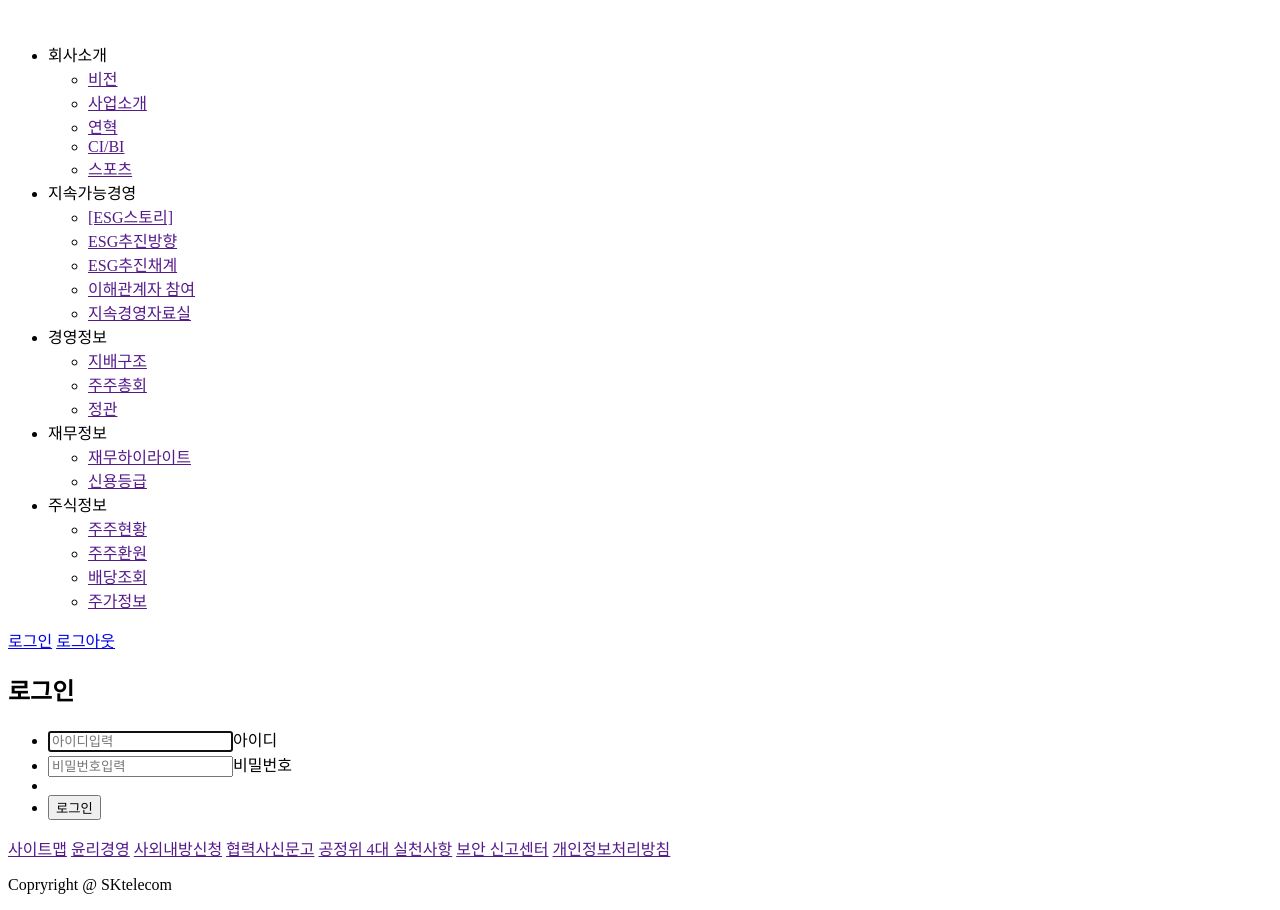
Repository: star-min/jsp_basic
Page: http://localhost/web01/login.jsp
The author's editor kept a copy of each file at every save. The page is drawn from the files as they stood at one save, then again after the next save.
The browser window is 1280 px wide. The pictures show the whole page.
The page is served by Tomcat 9.

Above is the page before, as saved 2022-04-21 06:02:22.

### jsp1/web01/src/main/webapp/login.jsp
<%@ page language="java" contentType="text/html; charset=UTF-8"
    pageEncoding="UTF-8"%>
    <%-- 	<%@ = 페이지 디랙티브 	--%>
<!DOCTYPE html>
<html>
<head>
<meta charset="UTF-8">
<title>로그인</title>
</head>
<body>
<div class="wrap"></div>
<header id="hd">
	<div class="hd_wrap">
		<%@ include file="nav.jsp" %>
	</div>
</header>
<div class="content">
	<h2>로그인</h2>
	<form action="loginPro.jsp" id="frm1" name="login">
		<ul>
			<li><input type="text" id="uid" name="uid" class="indata" autofocus placeholder="아이디입력" required >아이디</li>
			<li><input type="password" id="upw" name="upw" class="indata" placeholder="비밀번호입력" required >비밀번호</li>
			<li class="btn_frame">
				<li><input type="submit" value="로그인" id="submit" class="btn"></li>
			</li>
		</ul>
	</form>
</div>
<footer id="ft">
	<%@ include file="ft.jsp" %>
</footer>
</body>
</html>

### jsp1/web01/src/main/webapp/nav.jsp
<%@ page language="java" contentType="text/html; charset=UTF-8"
    pageEncoding="UTF-8"%>
<%		// <% = 스크립트릿(scriptlet)
	String[] dp1 = {"회사소개","지속가능경영","경영정보","재무정보","주식정보"};
	String[][] dp2 = {{"비전","사업소개","연혁","CI/BI","스포츠"},
			{"[ESG스토리]","ESG추진방향","ESG추진채계","이해관계자 참여","지속경영자료실"},
			{"지배구조", "주주총회","정관"},
			{"재무하이라이트","신용등급"},
			{"주주현황","주주환원","배당조회","주가정보"}
	};

%>
<%--    	 <%= 표현식(expression)%>		 --%>
<a class="Logo" herf="index.jsp"><img alt="" src=""></a>
<nav id="gnb">
	<ul>
	<% for(int i=0;i<dp1.length;i++){ %>
		<li>
			<span class="dp1"><%=dp1[i]%></span>
			<ul class="sub">
			<% for(int j=0;j<dp2[i].length;j++){ %>
				<li><a class="dp2" href=""><%= dp2[i][j] %></a></li>
			<%} %>
			</ul>
		</li>
	<% } %>
	</ul>
</nav>
<p id="tnb">
	<a href="login.jsp">로그인</a>
	<a href="logout.jsp">로그아웃</a>
</p>

### jsp1/web01/src/main/webapp/ft.jsp
<%@ page language="java" contentType="text/html; charset=UTF-8"
    pageEncoding="UTF-8"%>

    <%
    	String[] fnb = {"사이트맵","윤리경영","사외내방신청","협력사신문고","공정위 4대 실천사항","보안 신고센터","개인정보처리방침"};
    	String[] sub = {"페이스북","유튜브","네이버 포스트"};
    	String[] iclass = {"xi-facebook","xi-youtube-play","xi=naver"};
    %>
    <div class="ft_wrap">
    	<nav class="fnb">
    		<% for(int i=0;i<fnb.length;i++){ %>
    			<a href=""><%= fnb[i] %></a>
    		<% } %>

    		<p class="copyright"> Copryright @ SKtelecom </p>
    	</nav>
    </div>

After the next save:
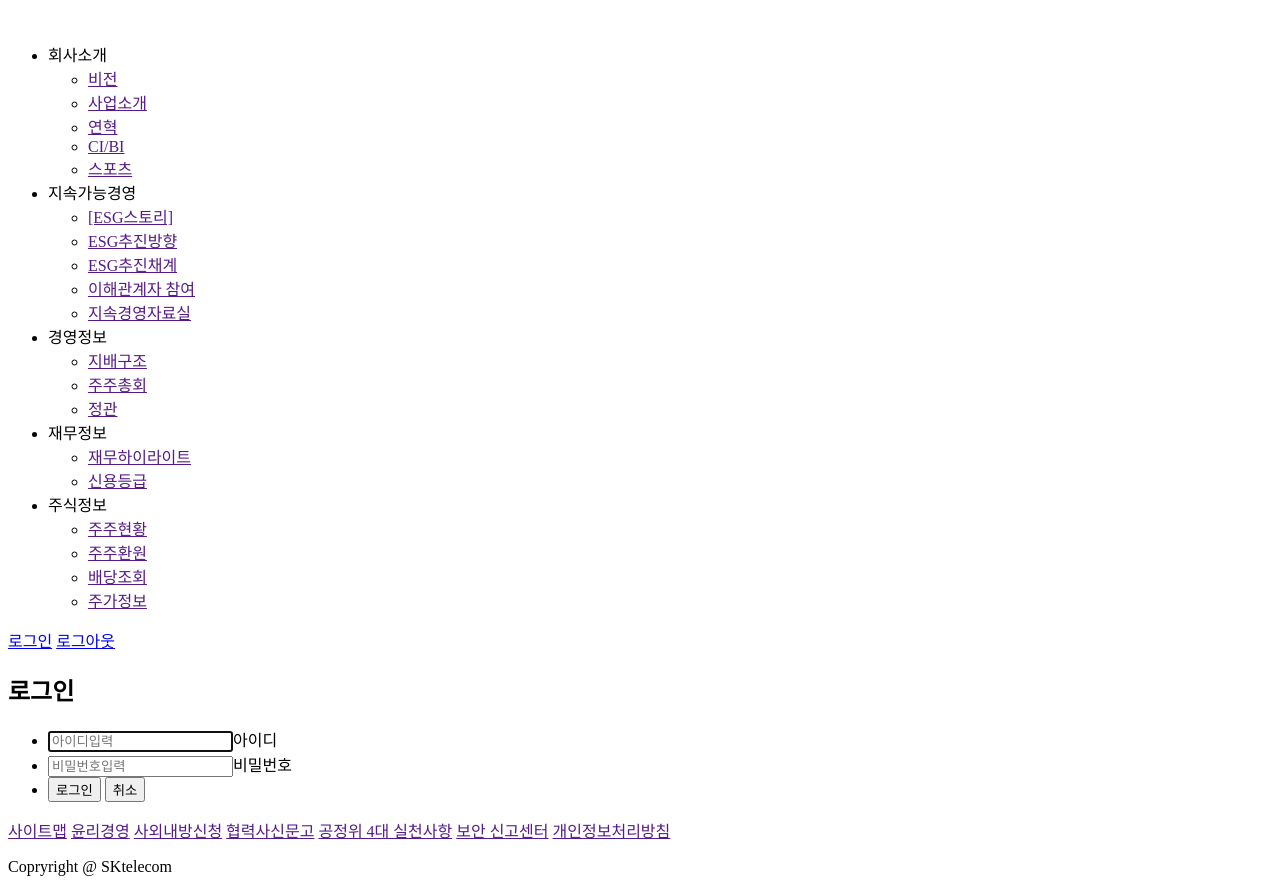
Saved 78 s later.
--- a/jsp1/web01/src/main/webapp/login.jsp
+++ b/jsp1/web01/src/main/webapp/login.jsp
@@ -21,7 +21,8 @@
 			<li><input type="text" id="uid" name="uid" class="indata" autofocus placeholder="아이디입력" required >아이디</li>
 			<li><input type="password" id="upw" name="upw" class="indata" placeholder="비밀번호입력" required >비밀번호</li>
 			<li class="btn_frame">
-				<li><input type="submit" value="로그인" id="submit" class="btn"></li>
+				<input type="submit" value="로그인" id="submit" class="btn">
+				<input type="reset" value="취소" id="reset" class="reset">
 			</li>
 		</ul>
 	</form>
